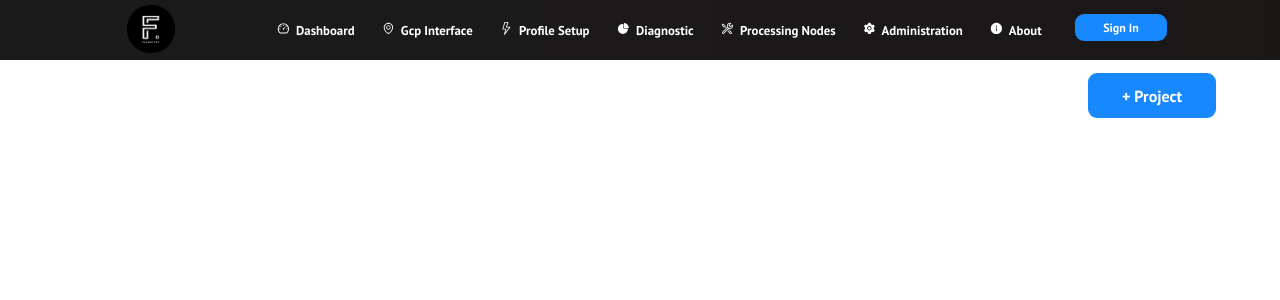
Repository: Akshaykumar1111/akki
Page: /Dashboard
These files come from the project's save history. The page is drawn as it stood at one moment and after the next save; the edit follows.
The browser window is 1280 px wide. The pictures show the whole page.
Some web libraries are served in a nearby version. The project was rebuilt for these pictures with package versions that can differ from the ones it lists, and the page was loaded fresh each time. Also part of the build but not shown: src/components/pages/Dashboard.css, src/components/pages/Administration.css, src/components/pages/Administration.js, src/components/pages/Diagnostic.js, src/components/pages/ProfileSetup.js, src/components/pages/GcpInterface.js, src/components/pages/ProcessingNodes.js, src/components/pages/About.js and 8 more.

Above is the page before, as saved 2022-10-20 10:08:33.

### src/App.js
import React from 'react';
import Navbar from './components/Navbar';
import './App.css';

import { BrowserRouter as Router, Switch, Route } from 'react-router-dom';
import Dashboard from './components/pages/Dashboard';
import Administration from './components/pages/Administration';
import Diagnostic from './components/pages/Diagnostic';
import ProfileSetup from './components/pages/ProfileSetup';
import GcpInterface from './components/pages/GcpInterface';
import ProcessingNodes from './components/pages/ProcessingNodes';
import About from './components/pages/About';
import SignIn from './components/pages/SignIn';
import SignUp from './components/pages/SignUp';
import Forgot from './components/pages/Forgot';
import Otp from './components/pages/Otp';
import Popup from './components/pages/Popup';
import  ResetPassword from './components/pages/ResetPassword';
// import  popup from './components/pages/ModalDialog';
// import ModalDialog from './components/pages/ModalDialog'
// import '../node_modules/bootstrap/dist/css/bootstrap.min.css'
function App() {
  return (
    <Router>
      <Navbar />
      <Switch>

        <Route path='/Dashboard' exact component={Dashboard} />
        <Route path='/Diagnostic' component={Diagnostic} />

        <Route path='/ProfileSetup' component={ProfileSetup} />
        <Route path='/GcpInterface' component={GcpInterface} />
        <Route path='/ProcessingNodes' component={ProcessingNodes} />


        <Route path='/About' component={About} />
        <Route path='/Administration' component={Administration} />

        <Route path='/sign-In' component={SignIn} />
        <Route path='/SignUp' component={SignUp} />
        <Route path='/Forgot' component={Forgot} />
        <Route path='/Otp' component={Otp} />
        <Route path='/ResetPassword' component={ResetPassword} />
        <Route path='/Popup' component={Popup} />
        {/* <Route path='/popup' component={popup} /> */}

      </Switch>
      {/* <div className="container mt-3">
       <ModalDialog />
          </div> */}
    </Router>


  );
}

export default App;

### src/App.css
* {
  box-sizing: border-box;
  margin: 0;
  padding: 0;
  font-family: 'PT Sans', sans-serif;
}

.home,
.Diagnostic,
.Dashboard,
.ProfileSetup,
.GcpInterface,
.ProcessingNodes,
.products,
.Administration,
.DeveloperTools,
.About,
.sign-up,
.SigUp,
.Forgot,
.marketing,
.consulting {
  display: flex;
  height: 961.3px;
  align-items: center;
  justify-content: center;
  font-size: 2rem;
}


.map-container{
  width: 100%;
  height: 100%;
}

.Dashboard {
  background-image: url('./images/img-1.jpg');
  background-position: center;
  background-size: cover;
  background-repeat: no-repeat;
  color: #fff;
  font-size: 100px;

  margin-bottom: 10px;
}

.GcpInterface {
  background-image: url('./images/img-2.jpg');
  background-position: center;
  background-size: cover;
  background-repeat: no-repeat;
  color: #fff;
  font-size: 100px;
}

.Diagnostic {
  background-image: url('./images/img-3.jpg');
  background-position: center;
  background-size: fill;
  background-repeat: no-repeat;
  color: #fff;
  font-size: 100px;
}

.ProfileSetup {
  background-image: url('./images/img-4.jpg');
  background-position: center;
  background-size: cover;
  background-repeat: no-repeat;
  color: #fff;
  font-size: 100px;
}

.sign-up {
  background-image: url('./images/img-7.jpg');
  background-position: center;
  background-size: cover;
  background-repeat: no-repeat;
  color: #fff;
  font-size: 100px;
}

.marketing {
  background-image: url('./images/img-6.jpg');
  background-position: center;
  background-size: cover;
  background-repeat: no-repeat;
  color: #fff;
  font-size: 100px;
}

.consulting {
  background-image: url('./images/img-5.jpg');
  background-position: bottom;
  background-size: cover;
  background-repeat: no-repeat;
  color: #fff;
  font-size: 100px;
}

### src/components/pages/Dashboard.js

import React from 'react';
import '../../App.css';
import '../Button.css';
import './Dashboard.css';

export default function Dashboard() {
  return ( <>
  {/* <h1 className='Dashboard'>Developer Tools</h1> */}
  <button type="button" className='btn projectbtn'>+ Project</button>

  </>
  )
 }

### src/components/Button.js
import React from 'react';
import './Button.css';
import { Link } from 'react-router-dom';

export function Button() {
  return (
    <Link to='sign-In'>
      <button className='btn'>Sign In</button>
    </Link>
  );
}

### src/components/Navbar.css
.navbar {

  height: 70px;
  display: flex;
  justify-content: center;
  align-items: center;
  font-size: 1.2rem;


}
.nav-bg1{
  background-color: rgba(42, 41, 41, 0.606);
  }
.nav-bg2{
  background: linear-gradient(90deg, rgb(28, 27, 27) 0%, rgb(26, 23, 23) 100%);

}

.navbar-logo {
  color: #fff;
  justify-self: start;
  margin-left: 20px;
  cursor: pointer;
  text-decoration: none;
  font-size: 2rem;
}

.fa-firstdraft {
    margin-left: -18%;
    font-size: 1rem;
    height: 4rem;
    width: 4rem;
    text-align: center;
    margin-top: 12%;
    margin-left: -190%;
}
/* .log-img{
  width: 8%;
} */
.nav-menu {
  display: grid;
  grid-template-columns: repeat(8, auto);
  grid-gap: 10px;
  list-style: none;
  text-align: center;
  width: 70vw;
  justify-content: end;
  margin-right: 2rem;
}

.nav-item {
  display: flex;
  align-items: center;
  height: 80px;
  margin-top: 8%;
  display: flex;
}

.nav-links {
  color: white;
  text-decoration: none;
  padding: 0.5rem 1rem;
}

.nav-links:hover {
  background-color: #1888ff;
  border-radius: 4px;
  transition: all 0.2s ease-out;
}

.fa-bars {
  color: #fff;
}

.nav-links-mobile {
  display: none;
}

.menu-icon {
  display: none;
}
.li1{
  margin-top: 9%;
}

.li2{
  margin-top: 8%;
}
.li4{
  margin-top: 9%;
}
.li5{
  margin-top: 6.5%;
}
.li6{
  margin-top: 7.3%;
}
.li7{
  margin-top: 12.4%;
}
.li8{
  margin-top: 7%;
}

.nav-links1 {
  color: white;
  text-decoration: none;
  padding: 0.5rem 1rem;
}






@media screen and (max-width: 1648px) {
  .navbar {
    /* background: linear-gradient(90deg, rgb(28, 27, 27) 0%, rgb(26, 23, 23) 100%); */
    height: 60px;
    display: flex;
    justify-content: center;
    align-items: center;
    font-size: 0.8rem;
  }
  .nav-bg1{
    background-color: rgba(42, 41, 41, 0.606);
    }
  .nav-bg2{
    background: linear-gradient(90deg, rgb(28, 27, 27) 0%, rgb(26, 23, 23) 100%);

  }
  .navbar-logo {
    color: #fff;
    justify-self: start;
    margin-left: 20px;
    cursor: pointer;
    text-decoration: none;
    font-size: 1.5rem;
    padding-right: 1%;
  }

  .fa-firstdraft {
    margin-left: -6%;
    font-size: 1rem;
    height: 3rem;
    width: 3rem;
    text-align: center;
    margin-top: 12%;
}

  .nav-menu {
    display: grid;
    grid-template-columns: repeat(8, auto);
    grid-gap: 8px;
    list-style: none;
    text-align: center;
    width: 75vw;
    justify-content: end;
    margin-right: 1.2rem;
  }

  .nav-item {
    display: flex;
    align-items: center;
    height: 75px;
  }

  .nav-links {
    color: white;
    text-decoration: none;
    padding: 0.5rem 0.6rem;
  }

  .nav-links1 {
    color: white;
    text-decoration: none;
    padding: 0.5rem 1rem;
  }

  .nav-links:hover {
    background-color: #1888ff;
    border-radius: 4px;
    transition: all 0.2s ease-out;
  }

  .fa-bars {
    color: #fff;
  }

  .nav-links-mobile {
    display: none;
  }

  .menu-icon {
    display: none;
  }
  .li1{
    margin-top: 9%;
  }

  .li2{
    margin-top: 8%;
  }
  .li4{
    margin-top: 9%;
  }
  .li5{
    margin-top: 6.5%;
  }
  .li6{
    margin-top: 7.3%;
  }
  .li7{
    margin-top: 12.4%;
  }
  .li8{
    margin-top: 7%;
  }

}



@media screen and (max-width: 961px) {
  .NavbarItems {
    position: relative;
  }

  .nav-menu {
    display: flex;
    flex-direction: column;
    width: 100%;
    height: 90vh;
    position: absolute;
    top: 80px;
    left: -100%;
    opacity: 1;
    transition: all 0.5s ease;
  }

  .nav-menu.active {
    background: #242222;
    left: 0;
    opacity: 1;
    transition: all 0.5s ease;
    z-index: 1;
  }

  .nav-links {
    text-align: center;
    padding: 0rem;
    width: 100%;
    display: table;
    margin-top: -1%;
  }

  .nav-links1 {
    color: white;
    text-decoration: none;
    padding: 0.5rem 1rem;
  }


  .nav-links:hover {
    background-color: #1888ff;
    border-radius: 0;
  }

  .navbar-logo {
    position: absolute;
    top: 0;
    left: 0;
    transform: translate(25%, 50%);
  }

  .menu-icon {
    display: block;
    position: absolute;
    top: -8px;
    right: 0;
    transform: translate(-100%, 60%);
    font-size: 1.8rem;
    cursor: pointer;
  }

  .fa-times {
    color: #fff;
    font-size: 2rem;
  }
  .nav-item {
    display: flex;
    align-items: center;
    height: 88px;
    font-size: 155%;
}

  .nav-links-mobile {
    display: block;
    text-align: center;
    /* padding: 1.5rem; */
    margin: 0rem auto;
    border-radius: 16px;
    width: 50%;
    background: #1888ff;
    text-decoration: none;
    color: #fff;
    font-size: 1.2rem;
    height: 55px;
    margin-bottom: 2%;
    padding-top: 2%;
  }

  .nav-links-mobile:hover {
    background: #fff;
    color: #1888ff;
    transition: 250ms;
  }

  .nav-Button{
    margin-top: 14%;
  }
  /* button {
    display: none;
  } */
  .fa-firstdraft {
    margin-left: 85%;
    font-size: 1rem;
    height: 3rem;
    width: 3rem;
    text-align: center;
    margin-top: -28%;
}
.li1{
  margin-top: 9%;
}

.li2{
  margin-top: 8%;
}
.li4{
  margin-top: 9%;
}
.li5{
  margin-top: 6.5%;
}
.li6{
  margin-top: 7.3%;
}
.li7{
  margin-top: 12.4%;
}
.li8{
  margin-top: 7%;
}

}



@media screen and (max-width: 480px) {
  .NavbarItems {
    position: relative;
  }

  .nav-menu {
    display: flex;
    flex-direction: column;
    width: 100%;
    height: 90vh;
    position: absolute;
    top: 80px;
    left: -100%;
    opacity: 1;
    transition: all 0.5s ease;
  }

  .nav-menu.active {
    background: #242222;
    left: 0;
    opacity: 1;
    transition: all 0.5s ease;
    z-index: 1;
  }

  .nav-links {
    text-align: center;
    padding: 0rem;
    width: 100%;
    display: table;
    margin-top: -1%;
  }

  .nav-links1 {
    color: white;
    text-decoration: none;
    padding: 0.5rem 1rem;
  }


  .nav-links:hover {
    background-color: #1888ff;
    border-radius: 0;
  }

  .navbar-logo {
    position: absolute;
    top: 0;
    left: 0;
    transform: translate(25%, 50%);
  }

  .menu-icon {
    display: block;
    position: absolute;
    top: -8px;
    right: 0;
    transform: translate(-100%, 60%);
    font-size: 1.8rem;
    cursor: pointer;
  }

  .fa-times {
    color: #fff;
    font-size: 2rem;
  }
  .nav-item {
    display: flex;
    align-items: center;
    height: 88px;
    font-size: 155%;
}

  .nav-links-mobile {
    display: block;
    text-align: center;
    /* padding: 1.5rem; */
    margin: 0rem auto;
    border-radius: 16px;
    width: 50%;
    background: #1888ff;
    text-decoration: none;
    color: #fff;
    font-size: 1.2rem;
    height: 55px;
    margin-bottom: 2%;
    padding-top: 2%;
  }

  .nav-links-mobile:hover {
    background: #fff;
    color: #1888ff;
    transition: 250ms;
  }

  .nav-Button{
    margin-top: 14%;
  }
  /* button {
    display: none;
  } */
  .fa-firstdraft {
    margin-left: 50%;
    font-size: 1rem;
    height: 3rem;
    width: 3rem;
    text-align: center;
    margin-top: -28%;
}
.li1{
  margin-top: 9%;
}

.li2{
  margin-top: 8%;
}
.li4{
  margin-top: 9%;
}
.li5{
  margin-top: 6.5%;
}
.li6{
  margin-top: 7.3%;
}
.li7{
  margin-top: 12.4%;
}
.li8{
  margin-top: 7%;
}

}

/* <-----------sticky navbar----------> */
/* .sticky{
  position: fixed;
  top: 0;
  left: 0;
  width: 100%;
  height: 5rem;
  padding-top: 0;
  padding-bottom: 0;
  box-shadow: 0 0 2rem 0 rgb(0,0,0,5);
} */
/* <-----------sticky navbar end----------> */

### src/components/Button.css
:root {
  --primary: #1888ff;
}

.btn {
  padding: 6px 9px;
  border-radius: 4px;
  outline: none;
  border: none;
  font-size: 15px;
  color: #fff;
  cursor: pointer;
  background-color: var(--primary);
  margin-top: 33%;
}
.projectbtn {
  font-size: 150%;
  /* padding: 0.5% 0.1% 0.5% 0.1%; */
  width: 10%;
  margin-top: 1%;
  margin-left: 89%;
}

.btn:hover {
  padding: 5px 9px;
  transition: all 0.3s ease-out;
  background-color: transparent;
  color: #fff;
  border-radius: 4px;
  border: 2px solid var(--primary);
  transition: all 0.3s ease-out;
}
@media screen and (max-width: 1140px) {
  .NavbarItems {
    position: relative;
  }
  :root {
    --primary: #1888ff;
  }

  .btn {
    padding: 6px 12px;
    border-radius: 9px;
    outline: none;
    border: none;
    font-size: 12px;
    color: #fff;
    cursor: pointer;
    background-color: var(--primary);
    margin-top: 36%;
  }
  .projectbtn {
    font-size: 150%;
    /* padding: 0.5% 0.1% 0.5% 0.1%; */
    width: 10%;
    margin-top: 1%;
    margin-left: 89%;
  }

  .btn:hover {
    padding: 6px 18px;
    transition: all 0.3s ease-out;
    background-color: transparent;
    color: #fff;
    border-radius: 4px;
    border: 2px solid var(--primary);
    transition: all 0.3s ease-out;
  }
}

@media screen and (max-width: 1648px) {
  .NavbarItems {
    position: relative;
  }
  :root {
    --primary: #1888ff;
  }

  .btn {
    padding: 6px 12px;
    border-radius: 9px;
    outline: none;
    border: none;
    font-size: 12px;
    color: #fff;
    cursor: pointer;
    background-color: var(--primary);
    margin-top: 26%;
  }
  .projectbtn {
    font-size: 100%;
    padding: 1% 0.1% 1% 0.1%;
    width: 10%;
    margin-top: 1%;
    margin-left: 85%;
  }

  .btn:hover {
    padding: 6px 18px;
    transition: all 0.3s ease-out;
    background-color: transparent;
    color: #fff;
    border-radius: 4px;
    border: 2px solid var(--primary);
    transition: all 0.3s ease-out;
  }
}




@media screen and (max-width: 961px) {
  .NavbarItems {
    position: relative;
  }
  :root {
    --primary: #1888ff;
  }

  .btn {

    border-radius: 9px;
    outline: none;
    border: none;
    font-size: 12px;
    color: #fff;
    cursor: pointer;
    background-color: var(--primary);
    width: auto;
    margin-top: 3%;
  }
  .projectbtn {
    font-size: 100%;
    padding: 1.5% 0.1% 1.5% 0.1%;
    width: 10%;
    margin-top: 1%;
    margin-left: 86%;
  }

  .btn:hover {
    padding: 0px 0px;
    transition: all 0.3s ease-out;
    background-color: transparent;
    color: #fff;
    border-radius: 4px;
    border: 2px solid var(--primary);
    transition: all 0.3s ease-out;
  }
}

### src/components/pages/Signin.css
.sign-ups{
    display: flex;
    height: 33px;
    align-items: center;
    justify-content: center;
    font-size: 3rem;
    margin-top: -9px;
    color:whitesmoke;
    text-shadow: 2px 2px 15px white;
  }
  body {font-family: Arial, Helvetica, sans-serif;}
  /* The Modal (background) */
  .Main-login-Div {
  width: 100%;
  height: 100%;
  background-color: rgba(0,0,0,0.4);

  padding:10% 20% 5.6% 20%;

  background-image: url('../../images/abhi.jpg');
  background-size: cover;


  }

  /* input[type=text], input[type=password] {
  width: 100%;
  padding: 12px 20px;
  margin: 12px 0;
  display: inline-block;
  border: 1px solid #ccc;
  box-sizing: border-box;
  } */
  .input[type=text], .input[type=password] {
    width: 100%;
    padding: 12px 20px;
    margin: 12px 0;
    display: inline-block;
    border: 1px solid #ccc;
    box-sizing: border-box;
    }

  /* Set a style for all buttons */
  button {
  background-color: var(--primary);
  color: white;
  padding: 14px 20px;
  margin: 12px 0;
  border: none;
  cursor: pointer;
  width: 100%;
  border-radius: 10px;

  }


  button:hover {
  opacity: 0.8;
  }

  .nav-links-mobile {
    display: none;
  }

  /* Extra styles for the cancel button */
  .cancelbtn {
  width: auto;
  padding: 10px 18px;
  background-color: #f44336;
  border-radius: 9%;
  }

  .Signupbtn{
  width: auto;
  padding: 10px 18px;
  background-color: var(--primary);
  text-align: center;
  border-radius: 9%;
  }

  /* Center the image and position the close button */
  .imgcontainer  {
  text-align: center;
  margin: 24px 0 12px 0;
  position: relative;
  }

  img.avatar {
  width: 40%;
  border-radius: 50%;
  }

  .container {
  padding: 16px;
  /* text-align: right; */

  }
  .cont2{
    margin-left: 75px;
  }

  .container5 {

  /* text-align: right; */
  width: 100%;
  display: flex;
  /* height: 10%; */

  }

  .container1 {
  padding: 16px;

  width: 80%;

  }
  .container2 {
  width: 20%;
  text-align: right;
  padding: 16px;

  }







  span.psw {
  float: right;
  padding-top: 16px;
  }



  /* Modal Content/Box */
  .modal-content {
  background-color: #fefefe;
  margin: 5% auto 15% auto; /* 5% from the top, 15% from the bottom and centered */
  border: 1px solid #888;
  width: 80%; /* Could be more or less, depending on screen size */
  border-radius: 18px;
  }

  /* The Close Button (x) */
  .close {
  position: absolute;
  right: 25px;
  top: 0;
  color: #000;
  font-size: 35px;
  font-weight: bold;
  }

  .close:hover,
  .close:focus {
  color: red;
  cursor: pointer;
  }

  /* Add Zoom Animation */
  .animate {
  -webkit-animation: animatezoom 0.6s;
  animation: animatezoom 0.6s
  }

  @-webkit-keyframes animatezoom {
  from {-webkit-transform: scale(0)}
  to {-webkit-transform: scale(1)}
  }

  @keyframes animatezoom {
  from {transform: scale(0)}
  to {transform: scale(1)}
  }


  /* /////////////////////////////////////////////////////////////////////////////////////////////////////////////////// */
  @media screen and (max-width: 961px){
  .sign-ups{
    display: flex;
    height: 33px;
    align-items: center;
    justify-content: center;
    font-size: 3rem;
    margin-top: -9px;
    color:whitesmoke;
    text-shadow: 2px 2px 15px white;
  }
  body {font-family: Arial, Helvetica, sans-serif;}
  /* The Modal (background) */
  .Main-login-Div {
  width: 100%; /* Full width */
  height: 100%; /* Full height */
  background-color: rgba(0,0,0,0.4); /* Black w/ opacity */
  padding-top: 15%;
  padding-bottom: 2%;

  background-image: url('../../images/abhi.jpg');
  background-size: cover;


  }

  .input2[type=text], .input2[type=password] {
  width: 80%;
  padding: 12px 20px;
  margin: 12px 0;
  display: inline-block;
  border: 1px solid #ccc;
  box-sizing: border-box;
  }

  /* Set a style for all buttons */
  button {
  background-color: var(--primary);
  color: white;
  padding: 14px 20px;
  margin: 12px 0;
  border: none;
  cursor: pointer;
  width: 100%;
  border-radius: 10px;
  }


  button:hover {
  opacity: 0.8;
  }

  /* Extra styles for the cancel button */
  .cancelbtn {
  /* width: auto; */
  padding: 10px 18px;
  background-color: #f44336;
  }

  .Signupbtn{
  /* width: auto; */
  padding: 10px 18px;
  background-color: var(--primary);
  text-align: center;

  }

  /* Center the image and position the close button */
  .imgcontainer  {
  text-align: center;
  margin: 24px 0 12px 0;
  position: relative;
  }

  img.avatar {
  width: 40%;
  border-radius: 50%;
  }

  .container {
  padding: 16px;
  /* text-align: right; */

  }

  .container5 {

  /* text-align: right; */
  width: 100%;
  display: flex;
  /* height: 10%; */

  }

  .container1 {
  padding: 16px;

  width: 80%;

  }
  .container2 {
  width: 50%;
  text-align: right;
  padding: 16px;

  }








  span.psw {
  float: right;
  padding-top: 16px;
  }



  /* Modal Content/Box */
  .modal-content {
  background-color: #fefefe;
  margin: 5% auto 15% auto; /* 5% from the top, 15% from the bottom and centered */
  border: 1px solid #888;
  width: 80%; /* Could be more or less, depending on screen size */
  border-radius: 18px;
  }

  /* The Close Button (x) */
  .close {
  position: absolute;
  right: 25px;
  top: 0;
  color: #000;
  font-size: 35px;
  font-weight: bold;
  }

  .close:hover,
  .close:focus {
  color: red;
  cursor: pointer;
  }

  /* Add Zoom Animation */
  .animate {
  -webkit-animation: animatezoom 0.6s;
  animation: animatezoom 0.6s
  }

  @-webkit-keyframes animatezoom {
  from {-webkit-transform: scale(0)}
  to {-webkit-transform: scale(1)}
  }

  @keyframes animatezoom {
  from {transform: scale(0)}
  to {transform: scale(1)}
  }
  }
  @media screen and (max-width: 300px) {
    span.psw {
       display: block;
       float: none;
    }
    .cancelbtn {
       width: 100%;
    }
  }

  @media screen and (max-width: 610px){
    .sign-ups{
      display: flex;
      height: 33px;
      align-items: center;
      justify-content: center;
      font-size: 2rem;
      margin-top: -9px;
      color:whitesmoke;
      text-shadow: 2px 2px 15px white;
    }
    body {font-family: Arial, Helvetica, sans-serif;}
    /* The Modal (background) */
    .Main-login-Div {
    width: 100%; /* Full width */
    height: 100%; /* Full height */
    background-color: rgba(0,0,0,0.4); /* Black w/ opacity */
    padding-top: 15%;
    padding-bottom: 2%;

    background-image: url('../../images/abhi.jpg');
    background-size: cover;


    }

    .input[type=text], .input[type=password] {
    width: 100%;
    padding: 12px 20px;
    margin: 12px 0;
    display: inline-block;
    border: 1px solid #ccc;
    box-sizing: border-box;
    }

    /* Set a style for all buttons */
    /* button {
    background-color: var(--primary);
    color: white;
    padding: 14px 20px;
    margin: 12px 0;
    border: none;
    cursor: pointer;
    width: 126%;
    } */
    .button {
      background-color: var(--primary);
      color: white;
      padding: 14px 20px;
      margin: 12px 0;
      border: none;
      cursor: pointer;
      width: 100%;
      border-radius: 10px;
      }



    button:hover {
    opacity: 0.8;
    }

    /* Extra styles for the cancel button */
    .cancelbtn {
    /* width: auto; */
    padding: 7px 14px;
    background-color: #f44336;
    }
    .cont2{
      margin-left: 75px;

    }
    .Signupbtn{
    /* width: auto; */
    padding: 3px 11px;
    background-color: var(--primary);
    text-align: center;
    font-size: 14px;

    }
    .Forgot-password{
      font-size: 12px;
    }

    /* Center the image and position the close button */
    .imgcontainer  {
    text-align: center;
    margin: 24px 0 12px 0;
    position: relative;
    }

    img.avatar {
    width: 40%;
    border-radius: 50%;
    }

    .container {
    padding: 16px;
    /* text-align: right; */
    width: 100%;

    }

    .container5 {

    /* text-align: right; */
    width: 100%;
    display: flex;
    /* height: 10%; */

    }

    .container1{
    padding: 16px;

    width: 80%;

    }
    .container2 {
    width: 50%;
    text-align: right;
    padding: 16px;

    }








    span.psw1 {
    float: right;
    padding-top: 16px;
    }



    /* Modal Content/Box */
    .modal-content {
    background-color: #fefefe;
    margin: 5% auto 15% auto; /* 5% from the top, 15% from the bottom and centered */
    border: 1px solid #888;
    width: 80%; /* Could be more or less, depending on screen size */
    border-radius: 18px;
    }

    /* The Close Button (x) */
    .close {
    position: absolute;
    right: 25px;
    top: 0;
    color: #000;
    font-size: 35px;
    font-weight: bold;
    }

    .close:hover,
    .close:focus {
    color: red;
    cursor: pointer;
    }

    /* Add Zoom Animation */
    .animate {
    -webkit-animation: animatezoom 0.6s;
    animation: animatezoom 0.6s
    }

    @-webkit-keyframes animatezoom {
    from {-webkit-transform: scale(0)}
    to {-webkit-transform: scale(1)}
    }

    @keyframes animatezoom {
    from {transform: scale(0)}
    to {transform: scale(1)}
    }
    }

    @media screen and (max-width: 523px){
      .sign-ups{
        display: flex;
        height: 33px;
        align-items: center;
        justify-content: center;
        font-size: 1.5rem;
        margin-top: -9px;
        color:whitesmoke;
        text-shadow: 2px 2px 15px white;
      }
      body {font-family: Arial, Helvetica, sans-serif;}
      /* The Modal (background) */
      .Main-login-Div {
      width: 100%; /* Full width */
      height: 100%; /* Full height */
      background-color: rgba(0,0,0,0.4); /* Black w/ opacity */
      padding-top: 15%;
      padding-bottom: 2%;

      background-image: url('../../images/abhi.jpg');
      background-size: cover;


      }

      .input[type=text], .input[type=password] {
      width: 100%;
      padding: 12px 20px;
      margin: 12px 0;
      display: inline-block;
      border: 1px solid #ccc;
      box-sizing: border-box;
      }

      /* Set a style for all buttons */
      /* button {
      background-color: var(--primary);
      color: white;
      padding: 14px 20px;
      margin: 12px 0;
      border: none;
      cursor: pointer;
      width: 126%;
      } */
      .button {
        background-color: var(--primary);
        color: white;
        padding: 14px 20px;
        margin: 12px 0;
        border: none;
        cursor: pointer;
        width: 100%;
        border-radius: 10px;

        }



      button:hover {
      opacity: 0.8;
      }

      /* Extra styles for the cancel button */
      .cancelbtn {
      /* width: auto; */
      padding: 7px 14px;
      background-color: #f44336;
      }
      .cont2{
        margin-left: 30px;

      }
      .Signupbtn{
      /* width: auto; */
      padding: 3px 11px;
      background-color: var(--primary);
      text-align: center;
      font-size: 14px;

      }
      .Forgot-password{
        font-size: 12px;
      }

      /* Center the image and position the close button */
      .imgcontainer  {
      text-align: center;
      margin: 24px 0 12px 0;
      position: relative;
      }

      img.avatar {
      width: 40%;
      border-radius: 50%;
      }

      .container {
      padding: 16px;
      /* text-align: right; */
      width: 100%;

      }

      .container5 {

      /* text-align: right; */
      width: 100%;
      display: flex;
      /* height: 10%; */

      }

      .container1{
      padding: 16px;

      width: 80%;

      }
      .container2 {
      width: 50%;
      text-align: right;
      padding: 16px;

      }








      span.psw1 {
      float: right;
      padding-top: 16px;
      }



      /* Modal Content/Box */
      .modal-content {
      background-color: #fefefe;
      margin: 5% auto 15% auto; /* 5% from the top, 15% from the bottom and centered */
      border: 1px solid #888;
      width: 80%; /* Could be more or less, depending on screen size */
      border-radius: 18px;
      }

      /* The Close Button (x) */
      .close {
      position: absolute;
      right: 25px;
      top: 0;
      color: #000;
      font-size: 35px;
      font-weight: bold;
      }

      .close:hover,
      .close:focus {
      color: red;
      cursor: pointer;
      }

      /* Add Zoom Animation */
      .animate {
      -webkit-animation: animatezoom 0.6s;
      animation: animatezoom 0.6s
      }

      @-webkit-keyframes animatezoom {
      from {-webkit-transform: scale(0)}
      to {-webkit-transform: scale(1)}
      }

      @keyframes animatezoom {
      from {transform: scale(0)}
      to {transform: scale(1)}
      }

      }

Loaded but not shown: public/index.html (common file); src/index.js (common file); src/components/Navbar.js (179 lines, source omitted)

After the next save:
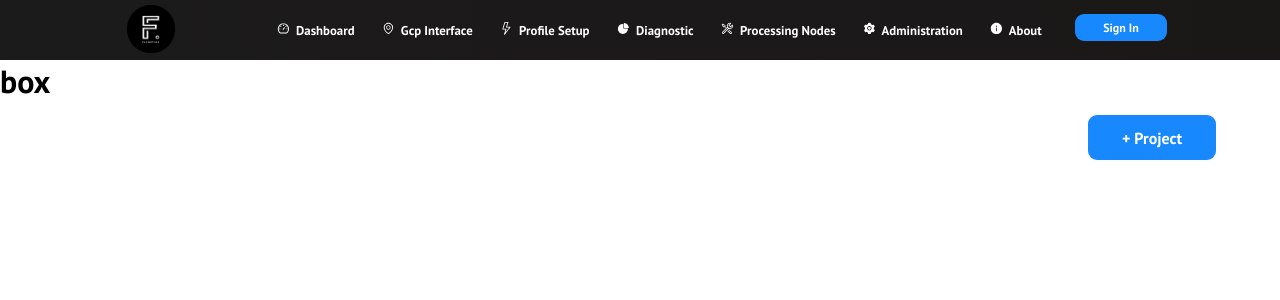
Saved 79 s later.
--- a/src/components/pages/Dashboard.js
+++ b/src/components/pages/Dashboard.js
@@ -6,7 +6,7 @@ import './Dashboard.css';
 
 export default function Dashboard() {
   return ( <>
-  {/* <h1 className='Dashboard'>Developer Tools</h1> */}
+  <h1 className='box'>box</h1>
   <button type="button" className='btn projectbtn'>+ Project</button>
 
   </>
